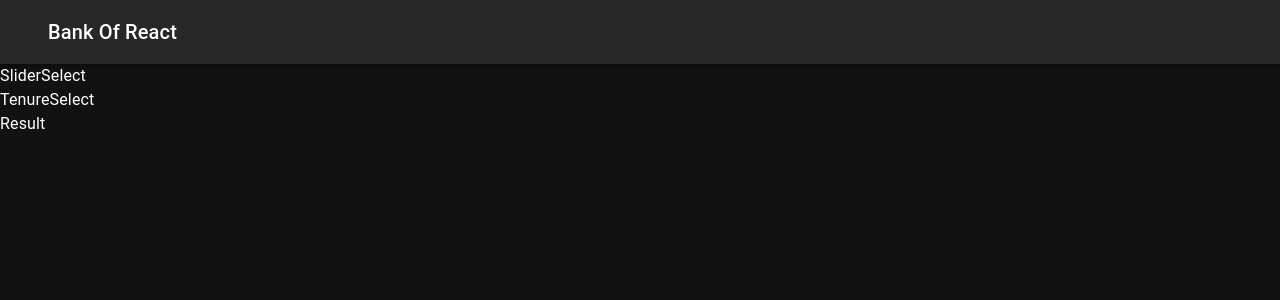
Repository: MikeeBuilds/mortgage-calculator
Page: /
These files come from the project's save history. The page is drawn as it stood at one moment and after the next save; the edit follows.
The browser window is 1280 px wide. The pictures show the whole page.
The project was rebuilt for these pictures with package versions that can differ from the ones it lists, and the page was loaded fresh each time.

Above is the page before, as saved 2023-04-03 17:09:12.

### src/index.js
import React from 'react';
import ReactDOM from 'react-dom/client';
import  CssBaseline  from '@mui/material/CssBaseline';
import { ThemeProvider, createTheme } from '@mui/material/styles';
import App from './App';
import reportWebVitals from './reportWebVitals';
import { theme } from './theme';

const root = ReactDOM.createRoot(document.getElementById('root'));
root.render(
  <React.StrictMode>
    <ThemeProvider theme={theme}>
      <CssBaseline />
    <App />
    </ThemeProvider>
  </React.StrictMode>
);

// If you want to start measuring performance in your app, pass a function
// to log results (for example: reportWebVitals(console.log))
// or send to an analytics endpoint. Learn more: https://bit.ly/CRA-vitals
reportWebVitals();

### src/App.js
import Navbar from "./components/Navbar";
import Result from "./components/Result";
import SliderSelect from "./components/SliderSelect";
import TenureSelect from "./components/TenureSelect";


function App() {
  return (
    <div className="App">
      <Navbar />
      <SliderSelect />
      <TenureSelect />
      <Result />
    </div>
  );
}

export default App;

### src/theme.js
import {  createTheme } from "@mui/material/styles";

export const theme = createTheme({
    palette: {
        mode: "dark",
    },
    typography: {
        h1: {

        },
    },
});

### src/components/Navbar.js
import React from 'react'
import AppBar from '@mui/material/AppBar'
import ToolBar from '@mui/material/Toolbar'
import Typography from '@mui/material/Typography'
import Container from '@mui/material/Container'

const Navbar = () => {
  return (
    <AppBar position="static">
      <Container maxWidth='xl'>
        <ToolBar>
            <Typography variant="h6" component="div" sx={{ flexGrow: 1 }}>
                Bank Of React
            </Typography>
        </ToolBar>
      </Container>
    </AppBar>
  )
}

export default Navbar

### src/components/SliderSelect.js
import React from 'react'

const SliderSelect = () => {
  return (
    <div>SliderSelect</div>
  )
}

export default SliderSelect

### src/components/TenureSelect.js
import React from 'react'

const TenureSelect = () => {
  return (
    <div>TenureSelect</div>
  )
}

export default TenureSelect

Loaded but not shown: public/index.html (common file); src/reportWebVitals.js (common file); src/components/Result.js (common file)

After the next save:
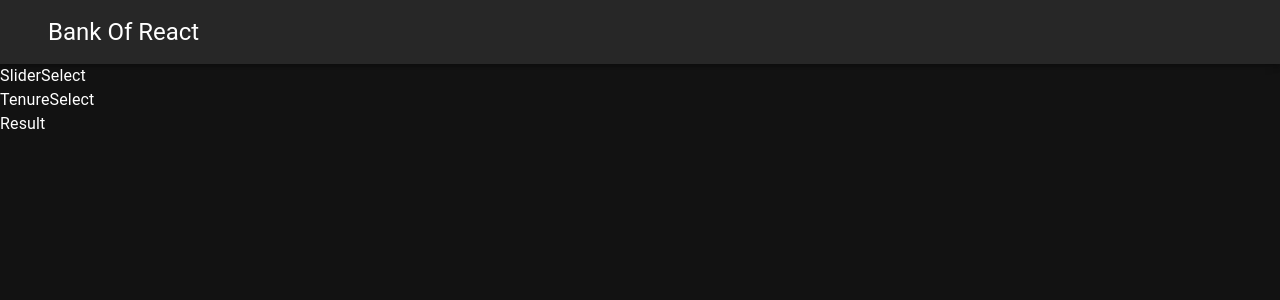
Saved 18 s later.
--- a/src/components/Navbar.js
+++ b/src/components/Navbar.js
@@ -9,7 +9,7 @@ const Navbar = () => {
     <AppBar position="static">
       <Container maxWidth='xl'>
         <ToolBar>
-            <Typography variant="h6" component="div" sx={{ flexGrow: 1 }}>
+            <Typography variant="h5" component="div" sx={{ flexGrow: 1 }}>
                 Bank Of React
             </Typography>
         </ToolBar>
